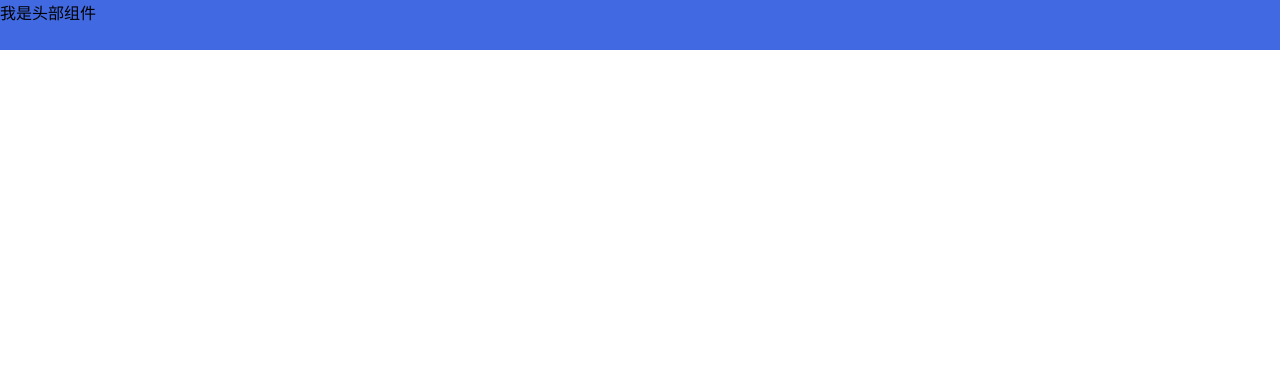
Repository: wujingwenwu/lianxi
Page: /parent
These files come from the project's save history. The page is drawn as it stood at one moment and after the next save; the edit follows.
The browser window is 1280 px wide. The pictures show the whole page.
The project was rebuilt for these pictures with package versions that can differ from the ones it lists, and the page was loaded fresh each time. Also part of the build but not shown: src/views/Home.vue.

Above is the page before, as saved 2020-06-04 21:49:04.

After the next save:
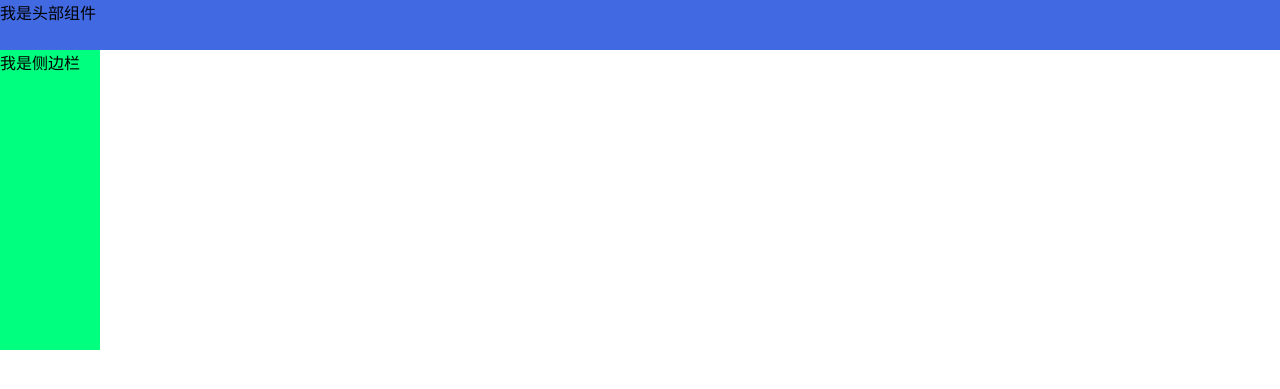
Saved 118 s later.
--- a/src/views/paeent/Parent.vue
+++ b/src/views/paeent/Parent.vue
@@ -1,6 +1,7 @@
 <template>
  <div>
    <div class="item">我是头部组件</div>
+   <div class="item1">我是侧边栏</div>
  </div>
 </template>
 
@@ -39,4 +40,9 @@
     height: 50px;
     background: royalblue;
 }
+.item1{
+    width: 100px;
+    height: 300px;
+    background: springgreen;
+}
 </style>
